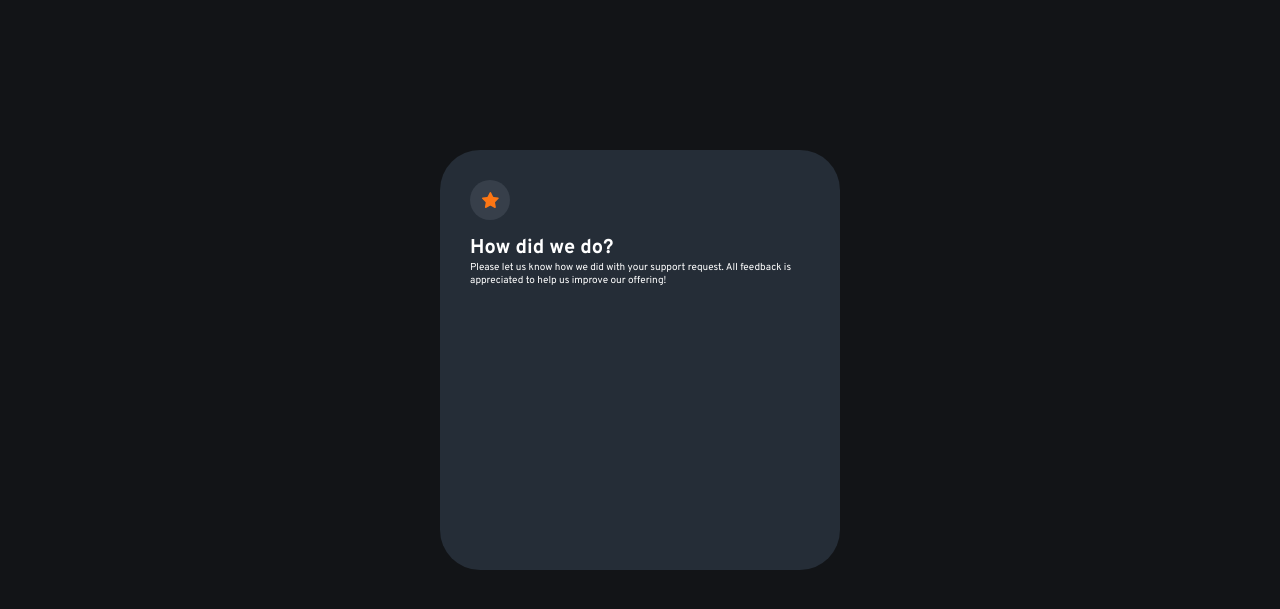
Repository: itbeginswithi/FrontebdMentor
Page: / (app in interactive-rating-component-main/)
The author's editor kept a copy of each file at every save. The page is drawn from the files as they stood at one save, then again after a run of saves.
The browser window is 1280 px wide. The pictures show the whole page.
The project was rebuilt for these pictures with package versions that can differ from the ones it lists, and the page was loaded fresh each time.

Above is the page before, as saved 2022-07-23 19:23:30.

After the next 2 saves:
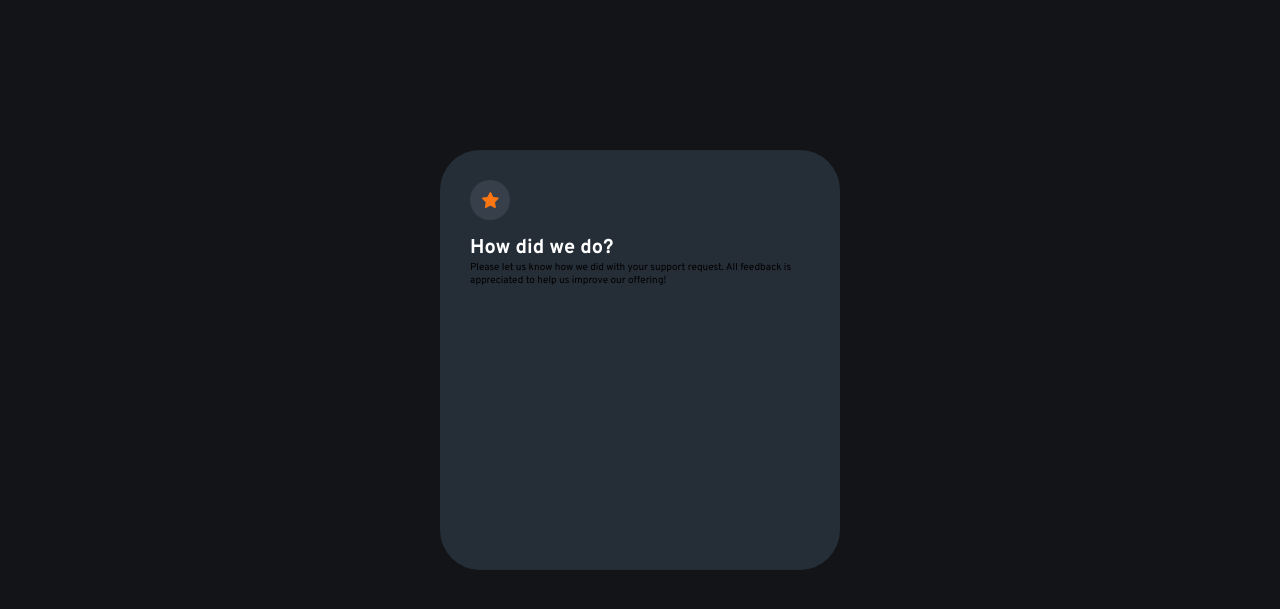
The 2 saves are shown as one change because they came seconds apart.
The last was saved 8 s later.
--- a/interactive-rating-component-main/src/App.scss
+++ b/interactive-rating-component-main/src/App.scss
@@ -48,7 +48,6 @@ main{
         }
 
         &__info{
-            color: white;
             h1,
             p{
                 font-family: 'Overpass';
